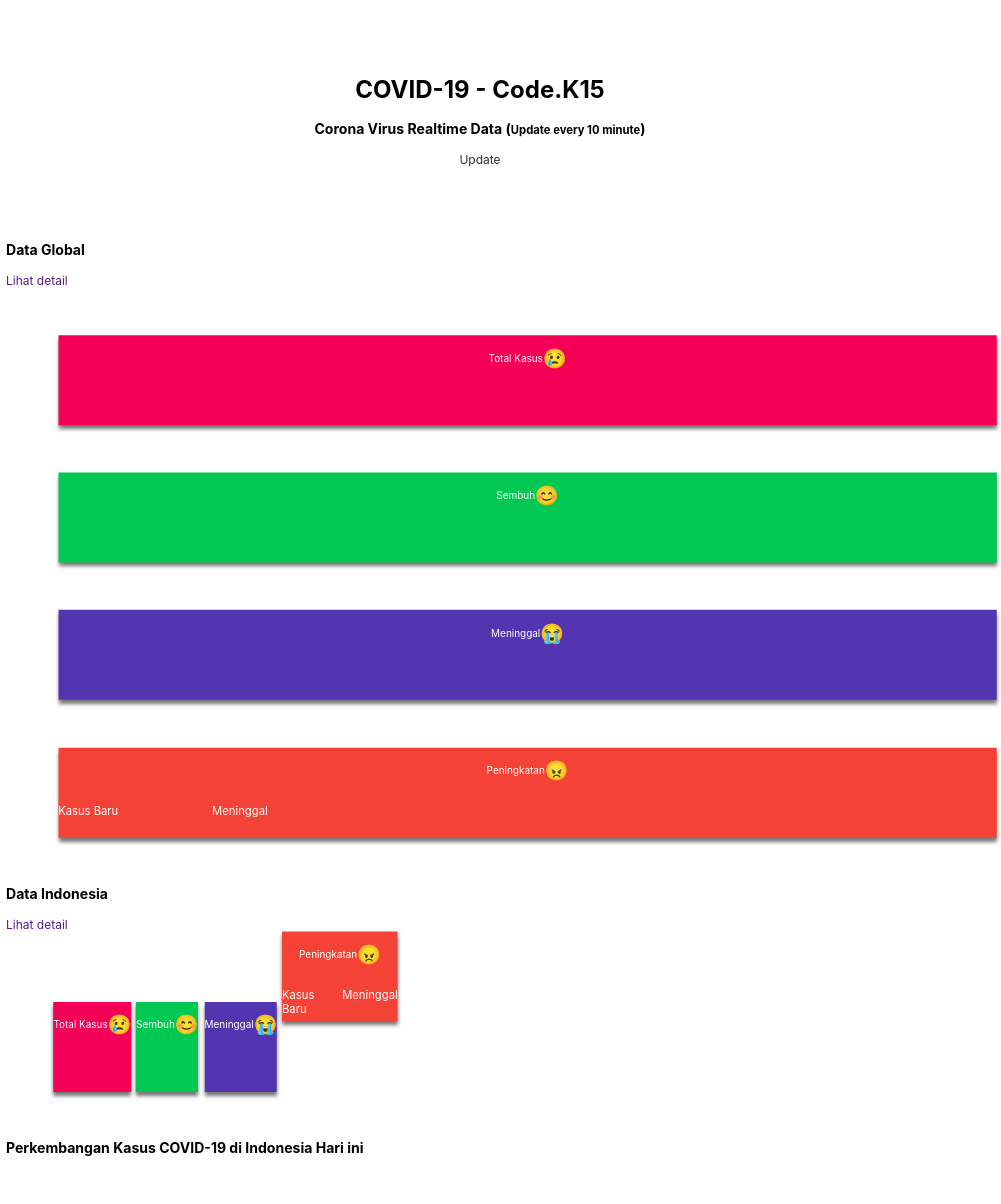
Repository: fathur15/covid19-monitoring
Page: http://localhost/covid19/apps/views/data/main/dashboard.php
The author's editor kept a copy of each file at every save. The page is drawn from the files as they stood at one save, then again after the next save.
The browser window is 1280 px wide. The page is 1335 px wide, so the pictures cover 1335 px, including what lies to the right of the window. The pictures show the whole page, at 75% of full size.
The page is run by PHP 8.4 with error messages shown; the project is at /var/www/html/.

Above is the page before, as saved 2020-04-17 11:11:05.

After the next save:
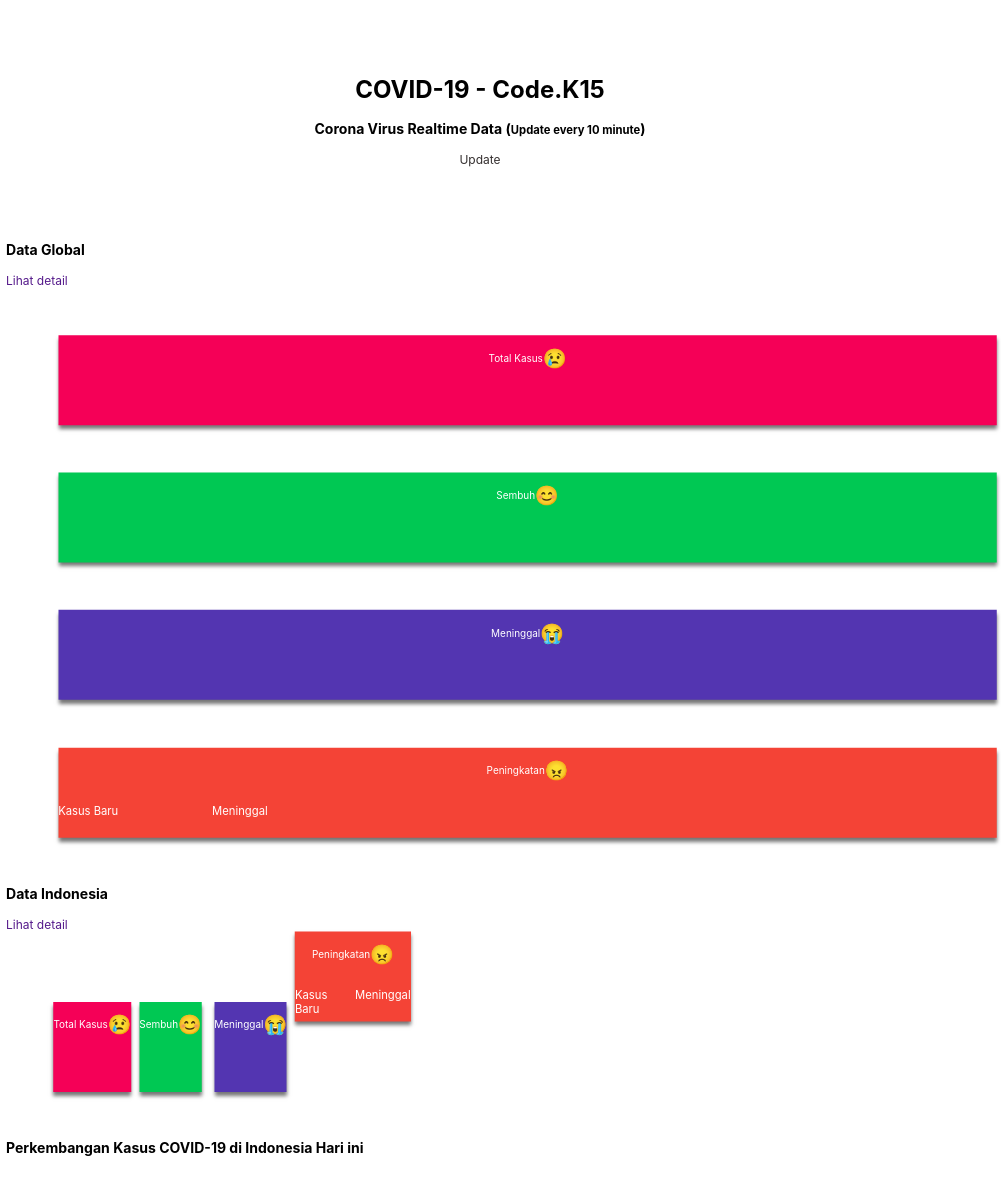
Saved 24 s later.
--- a/apps/views/data/main/dashboard.php
+++ b/apps/views/data/main/dashboard.php
@@ -103,7 +103,7 @@
                             <p style="font-size: 14px" class="card-text" id="kasus-indonesia"></p>
                         </div>
                     </div>
-                    <div class="card col-md-3 shadow-box" style="background: #00c853; margin: 0 2px; display: inline-block; align-items: center; height: 120px ">
+                    <div class="card col-md-3 shadow-box" style="background: #00c853; margin: 0 0.5%; display: inline-block; align-items: center; height: 120px ">
                         <div class="card-body">
                             <div style="flex-direction: row; display: flex; justify-content: center; align-items: center">
                                 <h5 id="title-kasus-indonesia" class="card-text">Sembuh</h5>
@@ -112,7 +112,7 @@
                             <p class="card-text" id="sembuh-indonesia"></p>
                         </div>
                     </div>
-                    <div class="card col-md-3 shadow-box" style="margin: 0 2px; display: inline-block; height: 120px;align-items: center;  background :#5335b1">
+                    <div class="card col-md-2 shadow-box" style="margin: 0 0.5%; display: inline-block; height: 120px;align-items: center;  background :#5335b1">
                         <div class="card-body">
                             <div style="flex-direction: row; display: flex; justify-content: center; align-items: center;">
                                 <h5 id="title-kasus-indonesia" class="card-text">Meninggal</h5>
